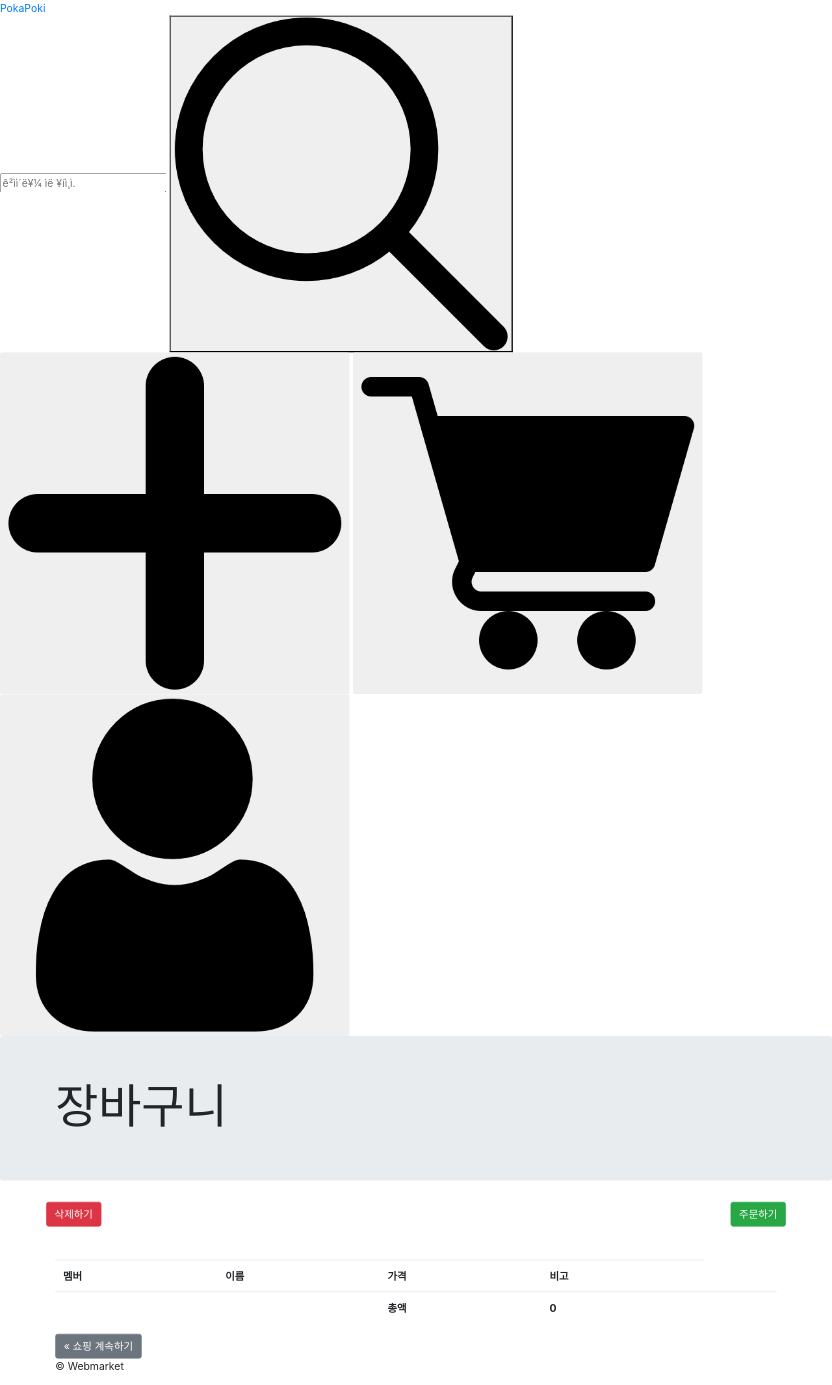
Repository: akwls/PokaPoki
Page: http://localhost/PokaPoki/cart.jsp?cartId=4F56F77D48185B8D10EDCE748C4D733A
These files come from the project's save history. The page is drawn as it stood at one moment and after the next save; the edit follows.
The browser window is 1280 px wide. The pictures show the whole page, at 65% of full size.
The page is served by Tomcat 9.

Above is the page before, as saved 2021-12-02 09:21:27.

After the next save:
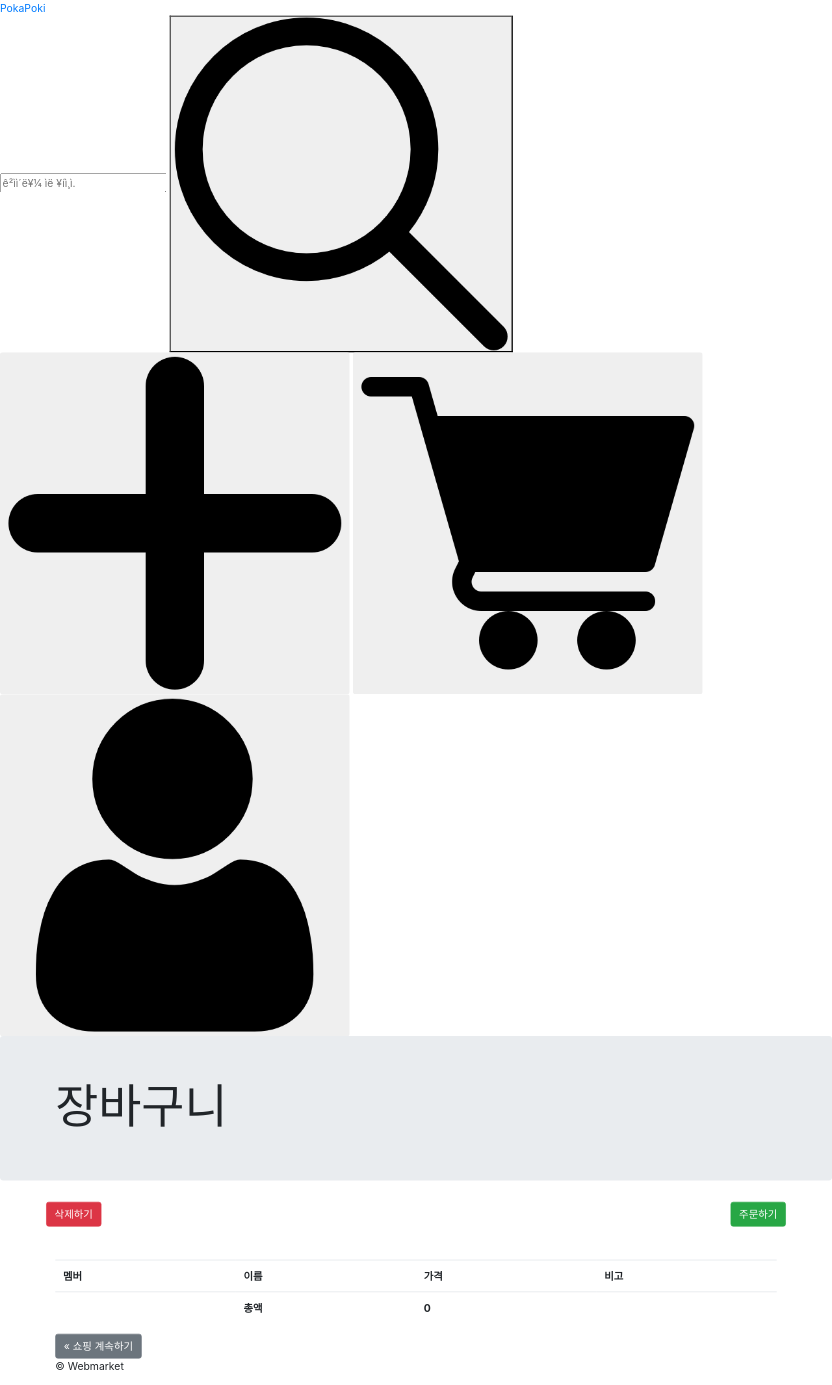
Saved 30 s later.
--- a/PokaPoki/WebContent/cart.jsp
+++ b/PokaPoki/WebContent/cart.jsp
@@ -65,7 +65,6 @@
 				%>
 				<tr>
 					<th></th>
-					<th></th>
 					<th>총액</th>
 					<th><%= sum %></th>
 					<th></th>
